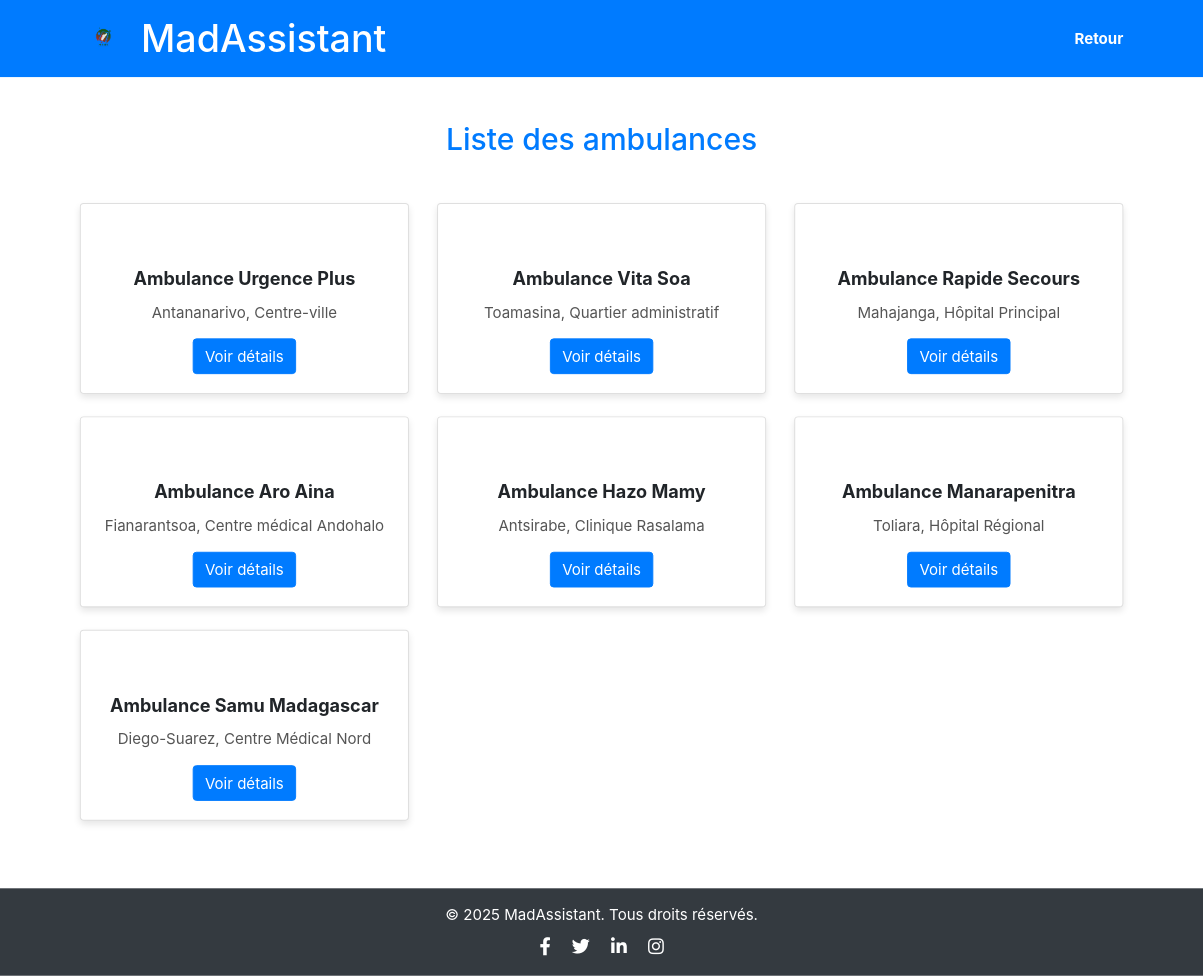
Repository: Anonyme-spy/Html-IGGL1B
Page: ambulance.html
The author's editor kept a copy of each file at every save. The page is drawn from the files as they stood at one save, then again after the next save.
The browser window is 1280 px wide. The pictures show the whole page, at 94% of full size.

Above is the page before, as saved 2025-04-28 15:03:32.

After the next save:
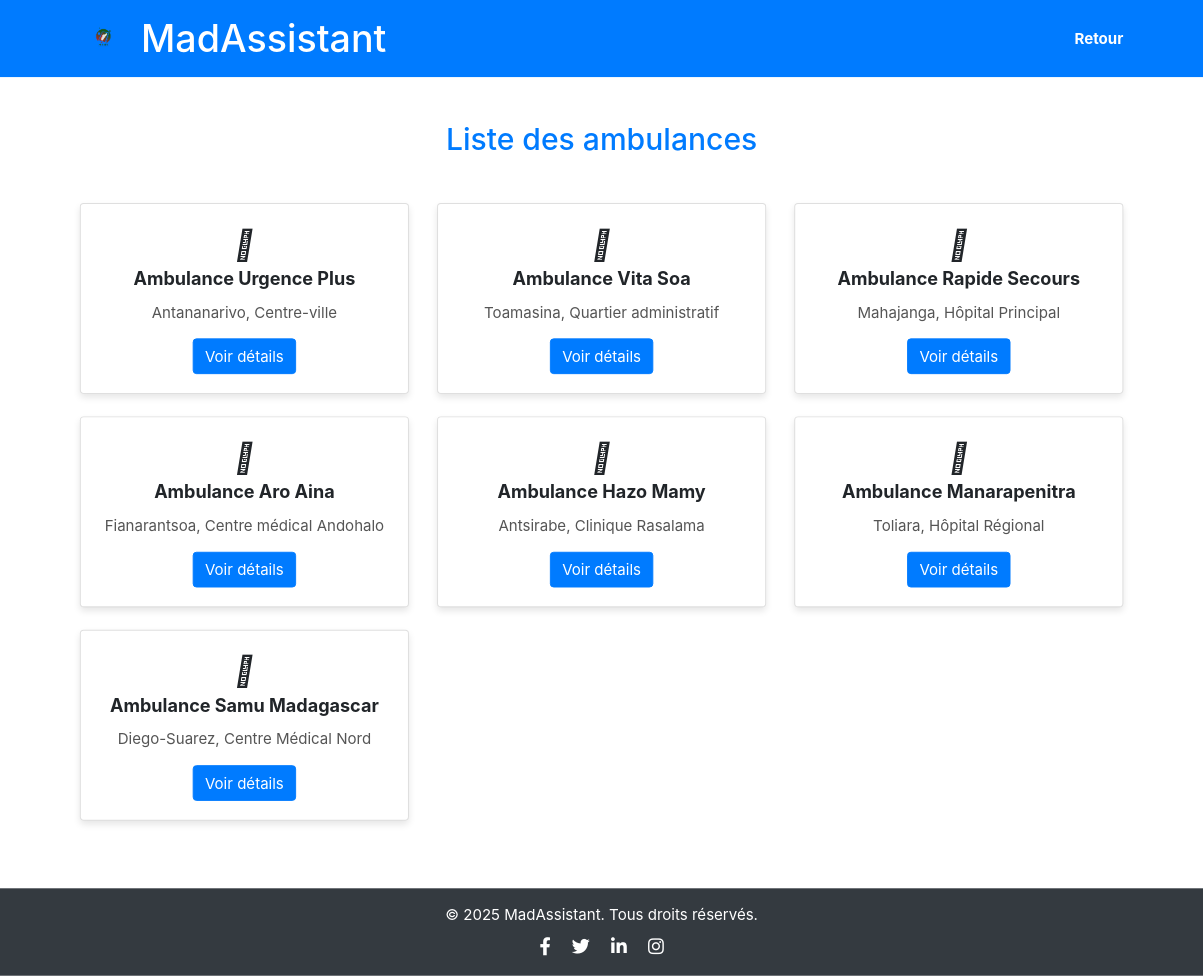
Saved 2 min 17 s later.
--- a/ambulance.html
+++ b/ambulance.html
@@ -123,7 +123,7 @@
                     <div class="col-md-4 mb-4">
                         <div class="card text-center">
                             <div class="card-body">
-                                <i class="fas fa-facebook fa-2x mb-3"></i>
+                                <i class="fa-brands fa-facebook fa-2x mb-3"></i>
                                 <h3 class="card-title">${ambulance.nom}</h3>
                                 <p class="card-text">${ambulance.localisation}</p>
                                 <button class="btn btn-primary" onclick="afficherDetails(${index})">Voir détails</button>
